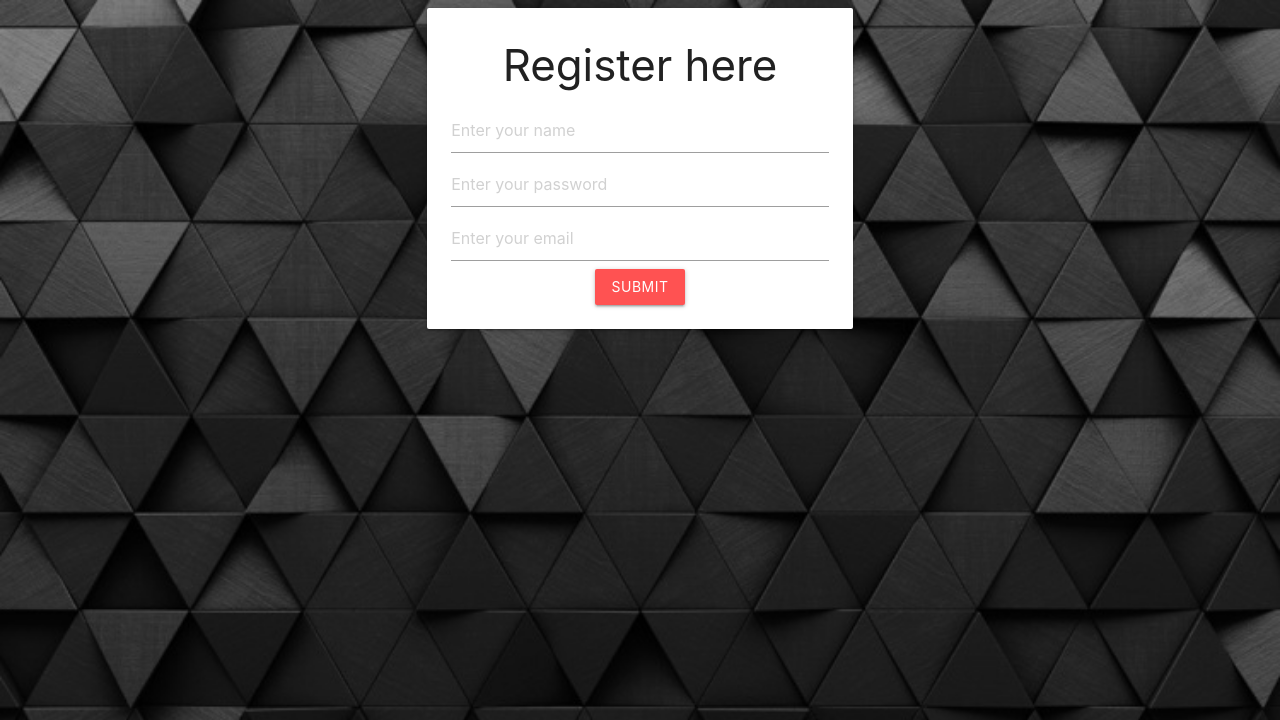
Repository: Attishgawali/JavaServletAndJSP
Page: http://localhost/Register/signup.jsp
These files come from the project's save history. The page is drawn as it stood at one moment and after the next save; the edit follows.
The browser window is 1280 px wide. The pictures show the whole page.
The page is served by Tomcat 9.

Above is the page before, as saved 2023-07-06 15:29:20.

After the next save:
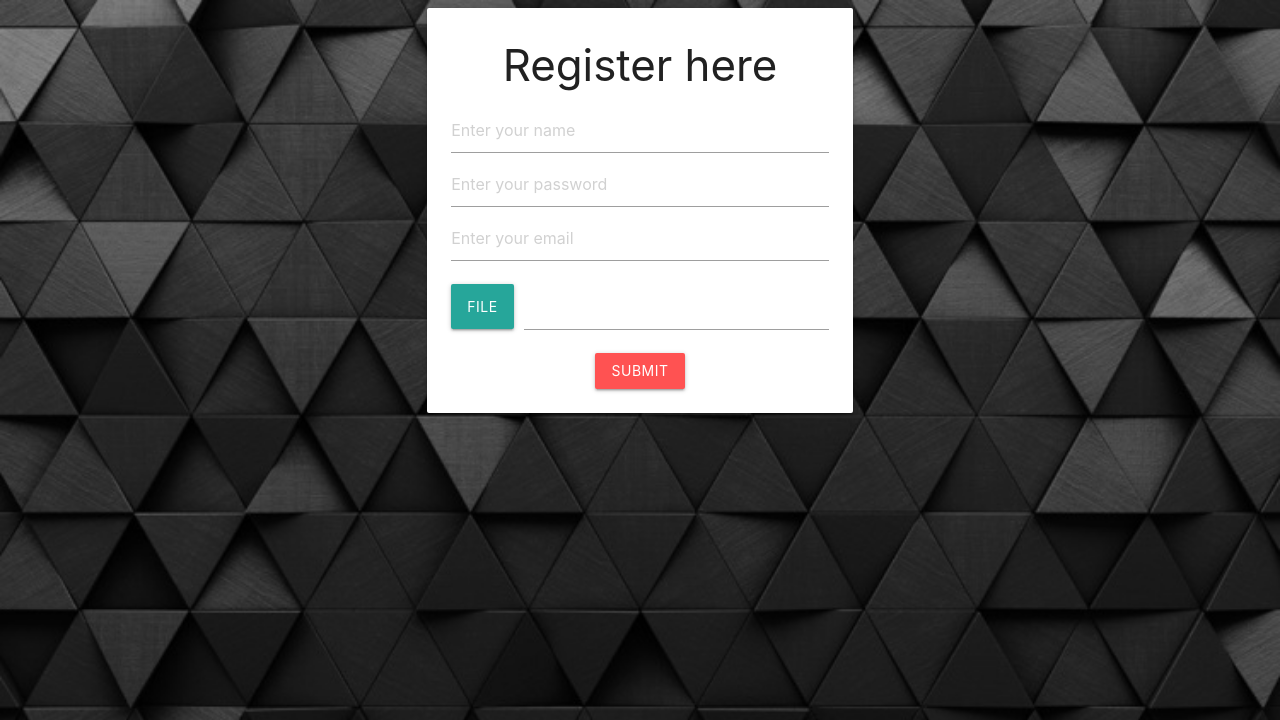
Saved 39 min 54 s later.
--- a/Register/src/main/webapp/signup.jsp
+++ b/Register/src/main/webapp/signup.jsp
@@ -28,6 +28,15 @@
 								<input type="password" name="userpassword"
 									placeholder="Enter your password"> <input type="email"
 									name="useremail" placeholder="Enter your email">
+
+								<div class="file-field input-field">
+									<div class="btn">
+										<span>File</span> <input type="file">
+									</div>
+									<div class="file-path-wrapper">
+										<input class="file-path validate" type="text">
+									</div>
+								</div>
 
 								<button type="submit" class="btn #ff5252 red accent-2">Submit</button>
 							</form>
